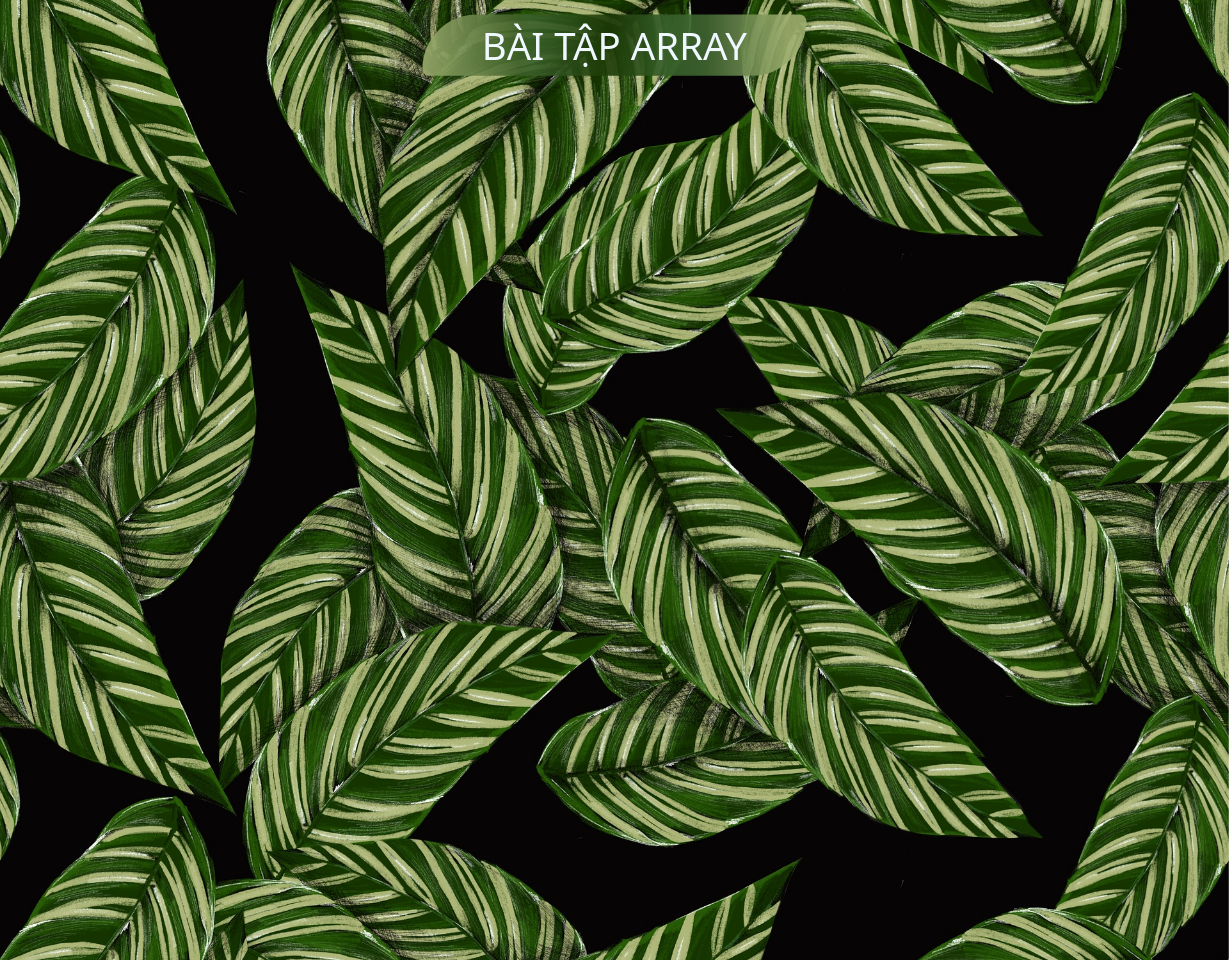
Repository: hcozyph/TranHuuPhuoc_BC43_BT_JS_Buoi7_8_ARRAY
Page: index.html
An editor plug-in stored every save of this project. The page is shown before and after the next save, followed by the edit.
The browser window is 1280 px wide. The pictures show the whole page, at 96% of full size.

Above is the page before, as saved 2023-02-20 21:36:18.

### index.html
<!DOCTYPE html>
<html lang="en">
    <head>
        <title>BT Array</title>
        <!-- Required meta tags -->
        <meta charset="utf-8" />
        <meta
            name="viewport"
            content="width=device-width, initial-scale=1, shrink-to-fit=no"
        />

        <!-- Bootstrap CSS v5.2.1 -->
        <link
            href="https://cdn.jsdelivr.net/npm/bootstrap@5.2.1/dist/css/bootstrap.min.css"
            rel="stylesheet"
            integrity="sha384-iYQeCzEYFbKjA/T2uDLTpkwGzCiq6soy8tYaI1GyVh/UjpbCx/TYkiZhlZB6+fzT"
            crossorigin="anonymous"
        />

        <!-- index.css -->
        <link rel="stylesheet" href="./css/index.css" />
    </head>

    <body>
        <div class="container">
            <div class="bt-array-title">
                <h1 class="text-center py-2">BÀI TẬP ARRAY</h1>
            </div>

            <div class="bt-array-content">
                <div class="bt1"></div>
            </div>
        </div>

        <!-- Bootstrap JavaScript Libraries -->
        <script
            src="https://cdn.jsdelivr.net/npm/@popperjs/core@2.11.6/dist/umd/popper.min.js"
            integrity="sha384-oBqDVmMz9ATKxIep9tiCxS/Z9fNfEXiDAYTujMAeBAsjFuCZSmKbSSUnQlmh/jp3"
            crossorigin="anonymous"
        ></script>

        <script
            src="https://cdn.jsdelivr.net/npm/bootstrap@5.2.1/dist/js/bootstrap.min.js"
            integrity="sha384-7VPbUDkoPSGFnVtYi0QogXtr74QeVeeIs99Qfg5YCF+TidwNdjvaKZX19NZ/e6oz"
            crossorigin="anonymous"
        ></script>

        <!-- method.js -->
        <link rel="stylesheet" href="./js/method.js" />

        <!-- index.js -->
        <script src="./js/index.js"></script>
    </body>
</html>

### css/index.css
* {
    margin: 0;
    padding: 0;
    box-sizing: border-box;
}

.container {
    margin: 0 auto;
    max-width: 1440px;

    background-image: url(../img/2.jpg);
    background-size: cover;
    background-position: center;
    background-repeat: no-repeat;

    height: 1000px;
    padding-top: 15px;
}

.bt-array-title {
    display: block;
    margin: 0 auto;
    width: 400px;
    border-radius: 80px 10px 80px 10px;

    font-size: 40px;
    font-weight: 500;
    /* background-color: red; */
    color: aliceblue;
    background: rgb(156, 173, 110);
    background: linear-gradient(
        90deg,
        rgba(156, 173, 110, 0.9) 0%,
        rgba(156, 173, 110, 0.9) 0%,
        rgba(60, 94, 39, 0.9) 25%,
        rgba(56, 94, 40, 0.9) 29%,
        rgba(27, 57, 5, 0.9) 49%,
        rgba(54, 94, 41, 0.9) 63%,
        rgba(65, 103, 49, 0.9) 74%,
        rgba(156, 173, 110, 0.9) 95%
    );
}

/* .bt-array-content {
} */

Loaded but not shown: js/index.js (no copy from this time; the picture is the same without it); js/method.js (no stored copy; drawn as an empty file)

After the next save:
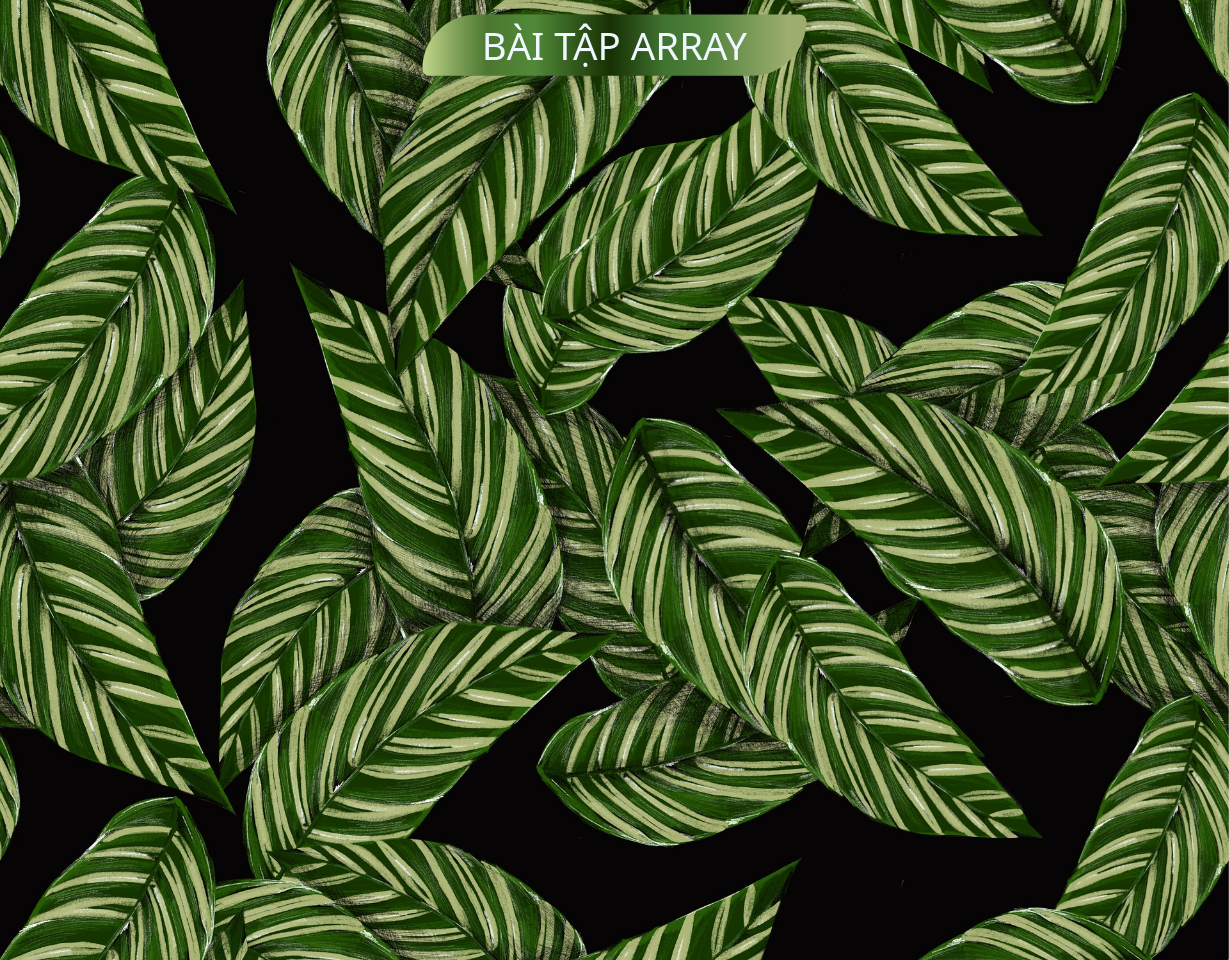
Saved 72 s later.
--- a/css/index.css
+++ b/css/index.css
@@ -27,17 +27,18 @@
     font-weight: 500;
     /* background-color: red; */
     color: aliceblue;
-    background: rgb(156, 173, 110);
+    background: rgb(194, 215, 140);
     background: linear-gradient(
         90deg,
-        rgba(156, 173, 110, 0.9) 0%,
-        rgba(156, 173, 110, 0.9) 0%,
-        rgba(60, 94, 39, 0.9) 25%,
-        rgba(56, 94, 40, 0.9) 29%,
-        rgba(27, 57, 5, 0.9) 49%,
-        rgba(54, 94, 41, 0.9) 63%,
-        rgba(65, 103, 49, 0.9) 74%,
-        rgba(156, 173, 110, 0.9) 95%
+        rgba(194, 215, 140, 1) 0%,
+        rgba(194, 215, 139, 1) 0%,
+        rgba(127, 159, 87, 1) 9%,
+        rgba(76, 119, 48, 1) 17%,
+        rgba(80, 138, 56, 1) 29%,
+        rgba(23, 48, 4, 1) 49%,
+        rgba(65, 115, 49, 1) 63%,
+        rgba(80, 130, 59, 1) 74%,
+        rgba(156, 173, 110, 1) 95%
     );
 }
 
